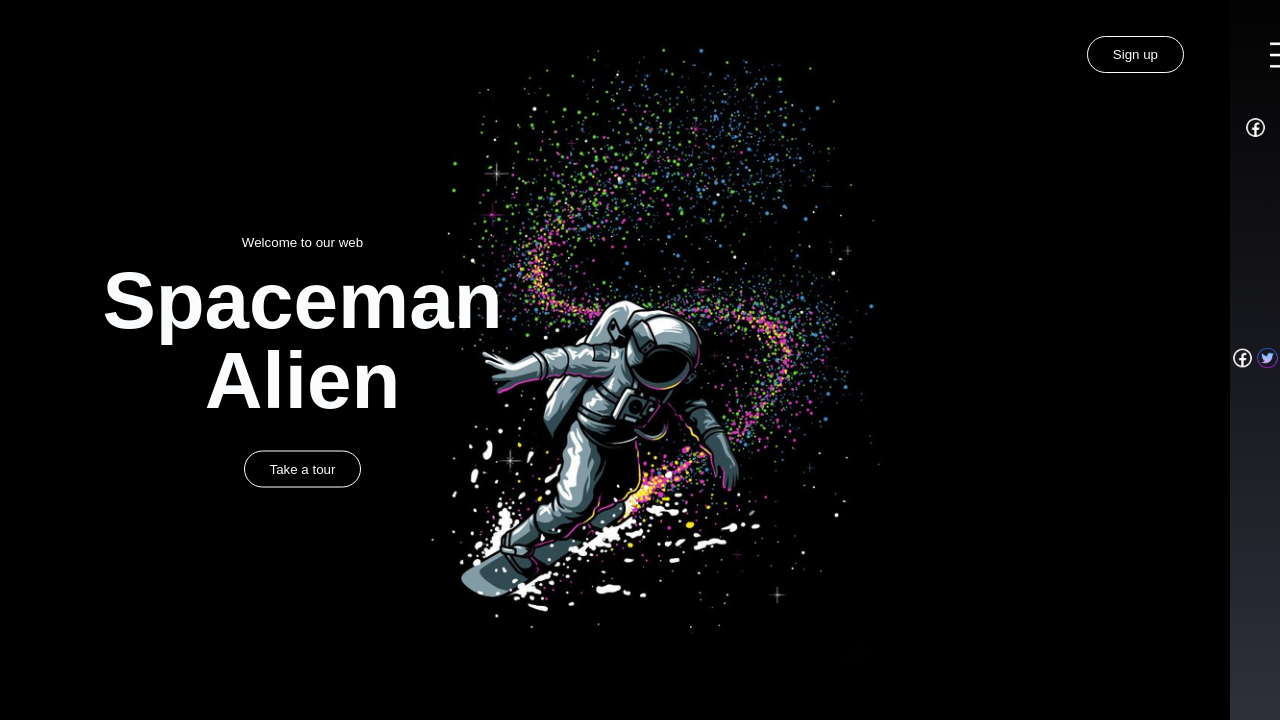
Repository: 70y-ali/branding_
Page: /
The author's editor kept a copy of each file at every save. The page is drawn from the files as they stood at one save, then again after the next save.
The browser window is 1280 px wide. The pictures show the whole page.
The project was rebuilt for these pictures with package versions that can differ from the ones it lists, and the page was loaded fresh each time. A package was used in the major version that the imports need, not the one package.json lists.

Above is the page before, as saved 2020-12-29 15:48:13.

### src/index.js
import React from 'react';
import ReactDOM from 'react-dom';
import App from '../src/views/App';
import './index.css';

ReactDOM.render(
  <App />,
  document.getElementById('root')
);
// import React from 'react'
// import { render } from 'react-dom'
// import { Provider } from 'react-redux'
// import { BrowserRouter as Router } from 'react-router-dom'
// import App from 'views/App'
// import store from 'redux/rootStore'

// import '@fortawesome/fontawesome-free/css/all.min.css'
// import 'react-datepicker/dist/react-datepicker.css'
// import './index.css'

// require('dotenv').config()

// render(
// 	<Provider store={store}>
// 		<Router>
// 			<App />
// 		</Router>
// 	</Provider>
// 	,document.getElementById('root')
// )

### src/views/App.js
import React, { Component } from 'react';
// import logo from '../logo.svg';
import '../App.css';
import Home from './HomePage'

class App extends Component {
  render() {
    return (
      <div className="App">
        <Home/>
        {/* <div className="App-header">
          <img src={logo} className="App-logo" alt="logo" />
          <h2>Welcome to React</h2>
        </div>

        <p className="App-intro">
          To get started, edit <code>src/App.js</code> and save to reload.
        </p> */}
      </div>
    );
  }
}

export default App;
// import React, { Fragment } from 'react'
// import { Route, Switch } from 'react-router-dom'
// import Cookie from 'utilities/CookieUtility'
// import {
// 	Navbar,
// 	Footer,
// 	CallReceiveModal
// } from 'components/OtherComponents'
// import AgentPage from './AgentPage'
// import AnnouncementPage from './AnnouncementPage'
// import BonusPage from './BonusPage'
// import CallRegisterPage from './CallRegisterPage'
// import LostPage from './LostCallPage'
// import CallTypePage from './CallTypePage'
// import CallTypeTestPage from './CallTypeTestPage'
// import ConsumerPage from './ConsumerPage'
// import {DashboardPage} from './DashboardPage'

// import HomePage from './HomePage'
// import LoginPage from './LoginPage'
// import RolePage from './RolePage'
// import IVRPage from './IVRPage'
// import ChatPage from './ChatPage'
// import ChangePasswordPage from './ChangePasswordPage'
// import {
// 	TicketPage,
// 	TicketOtherEmploymentPage,
// 	TicketReportListPage
// } from './TicketPage'
// import {
// 	OperatorReportPage,
// 	OperatorHistoryPage,
// 	OperatorPage
// } from './OperatorPage'
// import {
// 	CallReportPage
// } from './CallReportPage'
// import { MessagePage,
// 	MessageHistoryPage
// } from './MessagePage'
// import {TestHourPage}  from './TestHourPage'
// import {TestPage} from './TestPage'
// import {NewOrderPage,
// 	OrderFilterPage,
// 	NewOrderRegistrationPage,
// 	OrderRangePage,
// 	ReportPage} from './OrderPage'
// import NewComponent from './NewComponentsPage'
// import {SocialReportPage} from './SocialReportPage'
// import MergePage from './SocialMergePage'
// import {AdminPage}from './AdminPage'
// import {
// 	OutingPage,
// 	LevelOnePage,
// 	LevelTwoPage
// } from './OutingPage'

// const Routes = () => {
// 	const authorization = Cookie.get('auth')
// 	if (authorization)
// 		return (
// 			<Fragment>
// 				<Navbar />
// 				<CallReceiveModal />
// 				<Switch>
// 					<Route
// 						path='/outing-telesales'
// 						component={OutingPage}
// 						exact
// 					/>
// 					<Route
// 						path='/outing-level-one'
// 						component={LevelOnePage}
// 						exact
// 					/>
// 					<Route
// 						path='/outing-level-two'
// 						component={LevelTwoPage}
// 						exact
// 					/>
// 					<Route
// 						path='/order-report'
// 						component={ReportPage}
// 						exact
// 					/>
// 					<Route
// 						path='/social-report'
// 						component={SocialReportPage}
// 						exact
// 					/>
// 					<Route
// 						path='/admin-panel'
// 						component={AdminPage}
// 						exact
// 					/>
// 					<Route
// 						path='/merge'
// 						component={MergePage}
// 						exact
// 					/>
// 					<Route
// 						path='/new-order'
// 						component={NewOrderPage}
// 						exact
// 					/>
// 					<Route
// 						path='/operator-order'
// 						component={OrderFilterPage}
// 						exact
// 					/>
// 					<Route
// 						path='/order-range'
// 						component={OrderRangePage}
// 						exact
// 					/>
// 					<Route
// 						path='/order-registration'
// 						component={NewOrderRegistrationPage}
// 						exact
// 					/>
// 					<Route
// 						path='/operator-work-report'
// 						component={OperatorPage}
// 						exact
// 					/>
// 					<Route
// 						path='/management-operator-hour'
// 						component={TestPage}
// 						exact
// 					/>
// 					<Route
// 						path='/test-test'
// 						component={TestHourPage}
// 						exact
// 					/>
// 					<Route
// 						path='/type-test'
// 						component={CallTypeTestPage}
// 						exact
// 					/>
// 					<Route
// 						path='/'
// 						component={HomePage}
// 						exact
// 					/>
// 					<Route
// 						path='/send-message'
// 						component={MessagePage}
// 					/>
// 					<Route
// 						path='/message-history'
// 						component={MessageHistoryPage}
// 					/>
// 					<Route
// 						path='/lost-call-report'
// 						component={LostPage}
// 					/>
// 					<Route
// 						path='/dashboard'
// 						component={DashboardPage}
// 						exact
// 					/>
// 					<Route
// 						path='/agent'
// 						component={AgentPage}
// 						exact
// 					/>
// 					<Route
// 						path='/announcement'
// 						component={AnnouncementPage}
// 						exact
// 					/>
// 					<Route
// 						path='/help'
// 						component={BonusPage}
// 						exact
// 					/>
// 					<Route
// 						path='/call-register'
// 						component={CallRegisterPage}
// 						exact
// 					/>
// 					<Route
// 						path='/call-type'
// 						component={CallTypePage}
// 						exact
// 					/>
// 					<Route
// 						path='/consumer'
// 						component={ConsumerPage}
// 						exact
// 					/>
// 					<Route
// 						path='/role'
// 						component={RolePage}
// 						exact
// 					/>
// 					<Route
// 						path='/change-password'
// 						component={ChangePasswordPage}
// 						exact
// 					/>
// 					<Route
// 						path='/ticket'
// 						component={TicketPage}
// 						exact
// 					/>
// 					<Route
// 						path='/ticket-other-employment'
// 						component={TicketOtherEmploymentPage}
// 						exact
// 					/>
// 					<Route
// 						path='/ticket-report-list'
// 						component={TicketReportListPage}
// 						exact
// 					/>
// 					<Route
// 						path='/operator-history'
// 						component={OperatorHistoryPage}
// 						exact
// 					/>
// 					<Route
// 						path='/operator-report'
// 						component={OperatorReportPage}
// 						exact
// 					/>
// 					<Route
// 						path='/ivr'
// 						component={IVRPage}
// 						exact
// 					/>
// 					<Route
// 						path='/call-account-report'
// 						component={CallReportPage}
// 						exact
// 					/>
// 					<Route
// 						path='/chat'
// 						component={ChatPage}
// 						exact
// 					/>
// 					<Route
// 						path='/test-newComponent'
// 						component={NewComponent}
// 						exact
// 					/>
// 				</Switch>
// 				<Footer />
// 			</Fragment>
// 		)
// 	else return <LoginPage />
// }

// export default Routes

### src/App.css
.App {
  text-align: center;
}

.App-logo {
  animation: App-logo-spin infinite 20s linear;
  height: 80px;
}

.App-header {
  background-color: #222;
  height: 150px;
  padding: 20px;
  color: white;
}

.App-intro {
  font-size: large;
}

@keyframes App-logo-spin {
  from { transform: rotate(0deg); }
  to { transform: rotate(360deg); }
}

*{
  margin: 0;
  padding: 0;
  font-family: sans-serif;
}
.hero{
  width: 100%;
  height: 100vh;
  background-image: url('components/assets/spaceman.jpg');
  background-size: cover;
  background-position: center;
  position: relative;
  overflow: hidden;
}
.logo{
  width:100px;
  cursor:pointer
}
.navbar{
  width:85%;
  height:15%;
  margin:auto;
  display:flex;
  align-items: center;
  justify-content:space-between
}
button{
  color: #fbfcfd;
  padding: 10px 25px;
  background: transparent ;
  border: 1px solid #fff;
  border-radius: 20px;
  outline: none;
  cursor: pointer;
}
.content{
  color: #fbfcfd;
  position: absolute;
  top: 50%;
  left: 8%;
  transform: translateY(-50%);
  z-index: 2;
}
h1{
  font-size: 80px;
  margin: 10px 0 30px;
  line-height: 80px;
}
.side-bar{
  width: 50px;
  height: 100vh;
  background: linear-gradient(#020202, #2e303b);
  position: absolute;
  right: 0;
  top: 0;
}
.menu{
  display: block;
  width: 30px;
  margin: 40px;
  cursor: pointer;
}
.social-links img, .useful-links img{
  width: 25px;
  margin: 5px auto;
  cursor: pointer;
}
.social-links{
  width: 50px;
  text-align: center;
  position: absolute;
  top: 50%;
  transform: translateY(-50%);
}

### src/views/HomePage/index.jsx
import React from 'react'
// import { PageLayout } from 'shared/components'
import Home from '../../components/Home/index'

const HomePage = () => {
	return(
        <Home/>
		// <PageLayout>
		// 	<CallRegisterForm1/>
		// 	{/* <h2 data-testid='homepage' className='text-center mt-90'>DDISH CallCenter</h2> */}
		// </PageLayout>
	)

}

export default HomePage

### src/components/Home/index.js
/* eslint-disable */
import React, { Component } from 'react';
import menu from '../assets/menu.png';
import fb from '../assets/facebook.png';
// import instagram from '../assets/instagram.jpg';
import twitter from '../assets/twitter_color.png';
import '../../App.css'
class Main extends Component {
    render() {
        return (
            <div>
                {/* <img src={Background}></img> */}
                <div className='hero'>
                    <div className='navbar'>
                        <img  className='logo'/> {/*src={Diamond}*/}
                        <button type='button'>Sign up</button>
                    </div>
                    <div className='content'>
                        <small>Welcome to our web</small>
                        <h1>Spaceman<br/>Alien</h1>
                        <button type='button'>Take a tour</button>
                    </div>
                    <div className='side-bar'>
                        <img src={menu} className="menu"/>
                        <div className="social-links">
                            <img src={fb}/>
                            {/* <img src={instagram}/> */}
                            <img src={twitter}/>
                        </div>
                        <div className="useful-links">
                            <img src={fb}/>
                            {/* <img src={instagram}/>
                            <img src={twitter}/> */}
                        </div>
                    </div>
                </div>
            </div>
        )
    }
}

export default Main

Loaded but not shown: public/index.html (common file); src/index.css (common file)

After the next save:
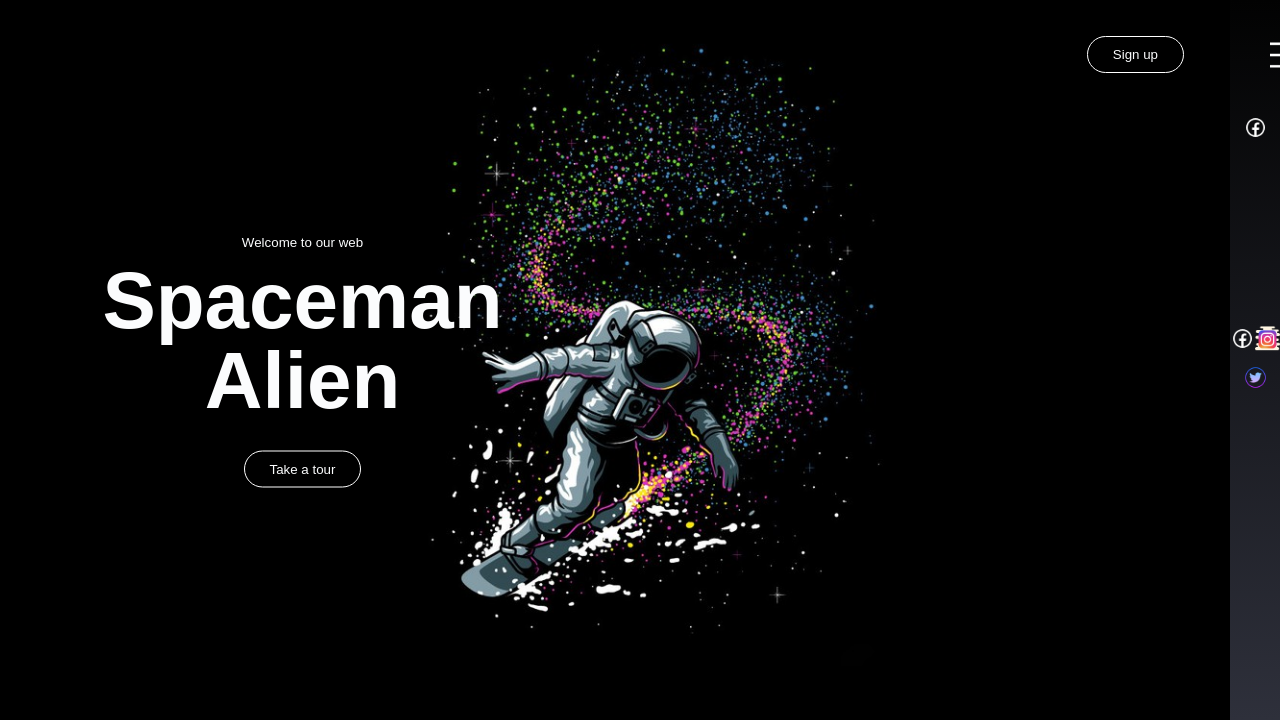
Saved 51 s later.
--- a/src/components/Home/index.js
+++ b/src/components/Home/index.js
@@ -2,7 +2,7 @@
 import React, { Component } from 'react';
 import menu from '../assets/menu.png';
 import fb from '../assets/facebook.png';
-// import instagram from '../assets/instagram.jpg';
+import instagram from '../assets/instagram.png';
 import twitter from '../assets/twitter_color.png';
 import '../../App.css'
 class Main extends Component {
@@ -24,7 +24,7 @@
                         <img src={menu} className="menu"/>
                         <div className="social-links">
                             <img src={fb}/>
-                            {/* <img src={instagram}/> */}
+                            <img src={instagram}/>
                             <img src={twitter}/>
                         </div>
                         <div className="useful-links">
